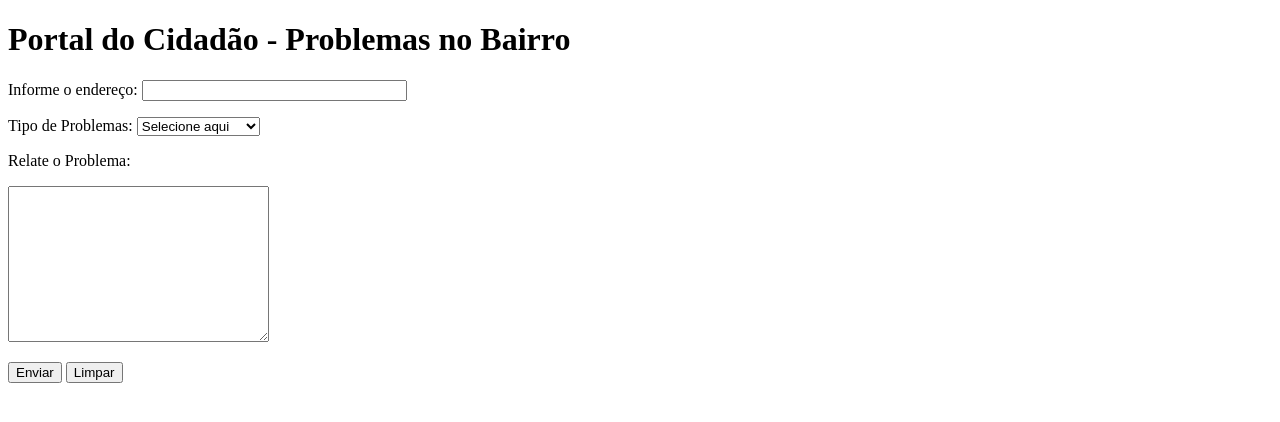
Repository: Marcelinalima/Java_JSP
Page: formulario_ex/src/main/webapp/reclamacoes.html
An editor plug-in stored every save of this project. The page is shown before and after the next save, followed by the edit.
The browser window is 1280 px wide. The pictures show the whole page.

Above is the page before, as saved 2023-04-17 15:45:19.

After the next save:
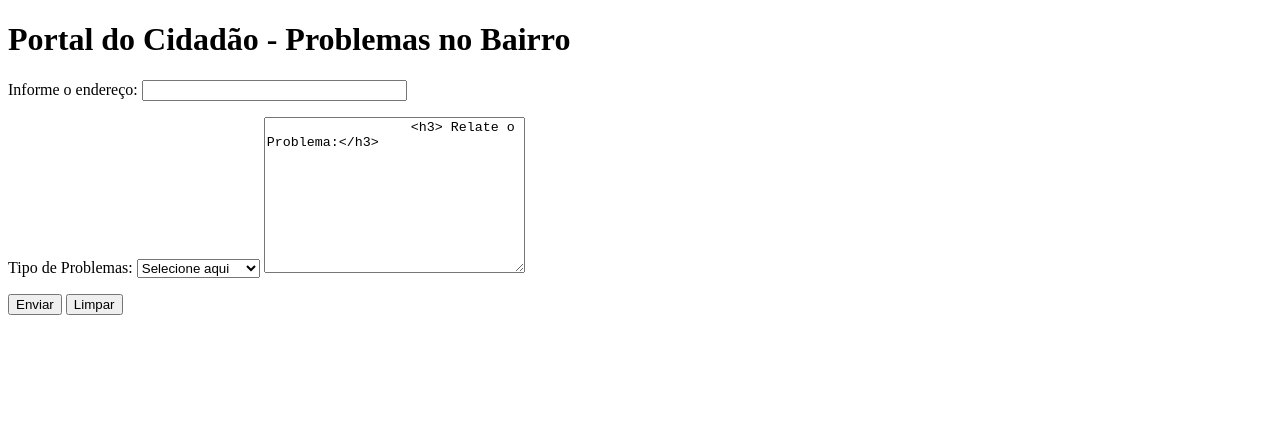
Saved 95 s later.
--- a/formulario_ex/src/main/webapp/reclamacoes.html
+++ b/formulario_ex/src/main/webapp/reclamacoes.html
@@ -21,8 +21,8 @@
 		<option value="escolas">Escolas</option>
 	    </select>
 
-		<p>Relate o Problema:</p>
 		 <textarea name="message" rows="10" cols="30">
+		  <h3> Relate o Problema:</h3>
 		 </textarea>
 
 
